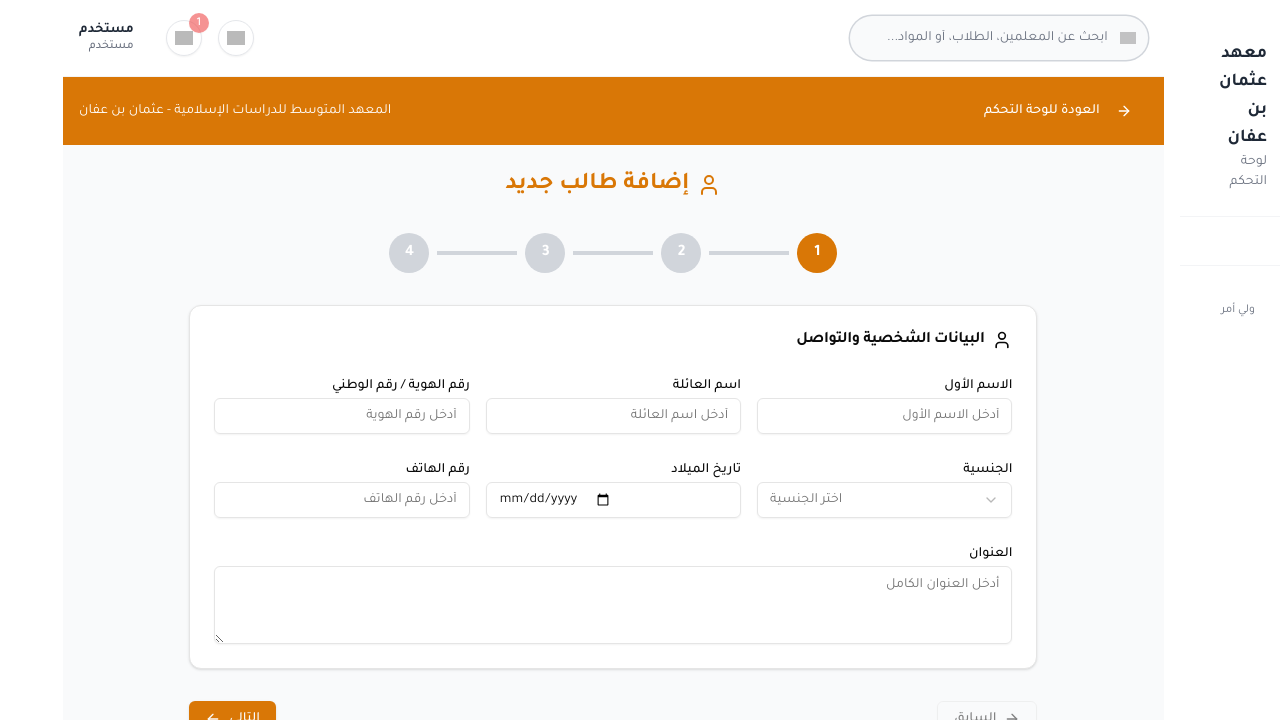
Repository: Samova03/iiis
Page: /admin/students/add
These files come from the project's save history. The page is drawn as it stood at one moment and after a run of saves; the edit follows.
The browser window is 1280 px wide. The pictures show the whole page.
Pictures or frames that could not be fetched are drawn as grey boxes. The page's requests for data from a server got no answer. An inner scrolling area shows only its first screen. The project was rebuilt for these pictures with package versions that can differ from the ones it lists, and the page was loaded fresh each time. Some packages were replaced by stand-ins written for this rebuild. The framework's server and built-in components were replaced by stand-ins that run in the browser. No one was signed in, and anything a server would have sent is missing. Also part of the build but not shown: next.config.mjs.

Above is the page before, as saved 2025-07-26 15:06:29.

After the next 2 saves:
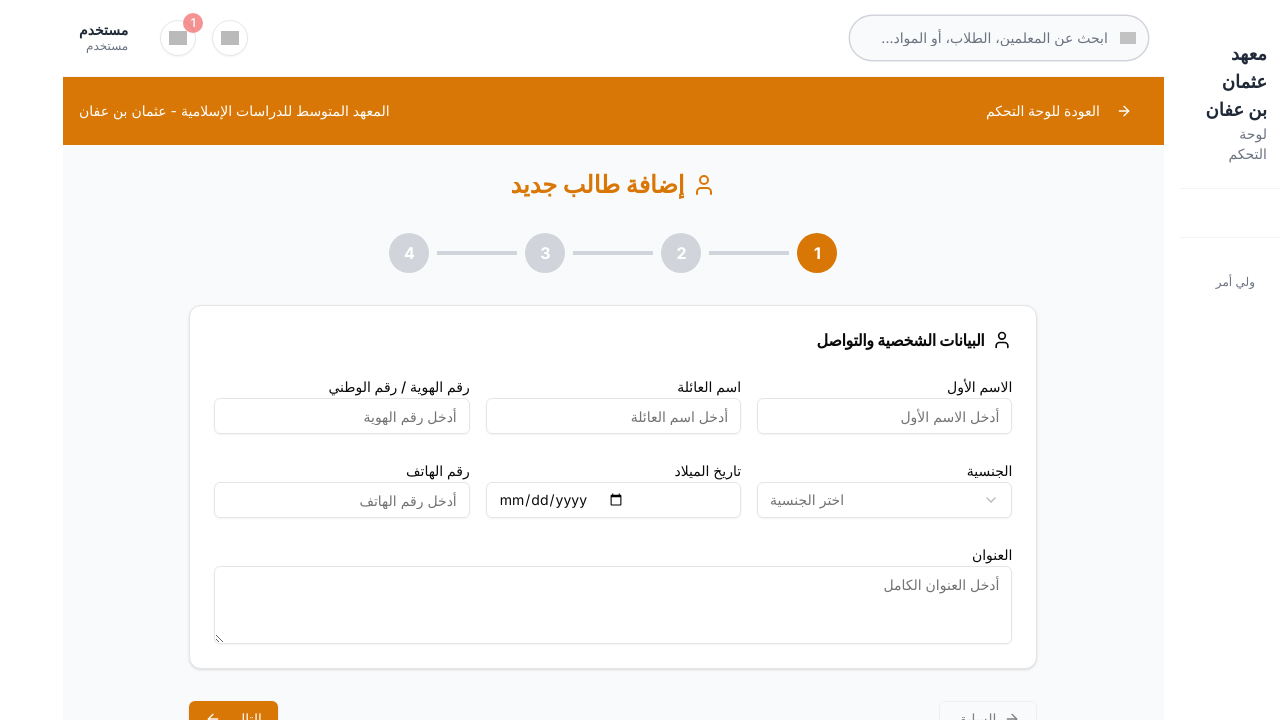
The 2 saves are shown as one change because 1 did not build or start.
The last was saved 70 s later.
--- a/src/app/layout.tsx
+++ b/src/app/layout.tsx
@@ -1,45 +1,74 @@
-import type React from "react"
-import type { Metadata } from "next"
-import { Cairo, Tajawal, Almarai } from "next/font/google"
-import "./globals.css"
+// import type React from "react"
+// import type { Metadata } from "next"
+// import { Cairo, Tajawal, Almarai } from "next/font/google"
+// import "./globals.css"
 
-// تحميل الخطوط العربية
-const cairo = Cairo({
-  subsets: ["arabic", "latin"],
-  weight: ["200", "300", "400", "500", "600", "700", "800", "900"],
-  variable: "--font-cairo",
-  display: "swap",
-})
+// // تحميل الخطوط العربية
+// const cairo = Cairo({
+//   subsets: ["arabic", "latin"],
+//   weight: ["200", "300", "400", "500", "600", "700", "800", "900"],
+//   variable: "--font-cairo",
+//   display: "swap",
+// })
 
-const tajawal = Tajawal({
-  subsets: ["arabic", "latin"],
-  weight: ["200", "300", "400", "500", "700", "800", "900"],
-  variable: "--font-tajawal",
-  display: "swap",
-})
+// const tajawal = Tajawal({
+//   subsets: ["arabic", "latin"],
+//   weight: ["200", "300", "400", "500", "700", "800", "900"],
+//   variable: "--font-tajawal",
+//   display: "swap",
+// })
 
-const almarai = Almarai({
-  subsets: ["arabic"],
-  weight: ["300", "400", "700", "800"],
-  variable: "--font-almarai",
-  display: "swap",
-})
+// const almarai = Almarai({
+//   subsets: ["arabic"],
+//   weight: ["300", "400", "700", "800"],
+//   variable: "--font-almarai",
+//   display: "swap",
+// })
+
+// export const metadata: Metadata = {
+//   title: "نظام إدارة الطلاب",
+//   description: "المعهد المتوسط للدراسات الإسلامية",
+// }
+
+// export default function RootLayout({
+//   children,
+// }: {
+//   children: React.ReactNode
+// }) {
+//   return (
+//     <html lang="ar" dir="rtl">
+//       <body className={`${cairo.variable} ${tajawal.variable} ${almarai.variable} font-cairo antialiased`}>
+//         {children}
+//       </body>
+//     </html>
+//   )
+// }
+import type { Metadata } from "next";
+import { Inter } from "next/font/google";
+import "./globals.css";
+import { ClerkProvider } from "@clerk/nextjs";
+import { ToastContainer } from "react-toastify";
+import "react-toastify/dist/ReactToastify.css";
+
+const inter = Inter({ subsets: ["latin"] });
 
 export const metadata: Metadata = {
-  title: "نظام إدارة الطلاب",
-  description: "المعهد المتوسط للدراسات الإسلامية",
-}
+  title: "Lama Dev School Management Dashboard",
+  description: "Next.js School Management System",
+};
 
 export default function RootLayout({
   children,
-}: {
-  children: React.ReactNode
-}) {
+}: Readonly<{
+  children: React.ReactNode;
+}>) {
   return (
-    <html lang="ar" dir="rtl">
-      <body className={`${cairo.variable} ${tajawal.variable} ${almarai.variable} font-cairo antialiased`}>
-        {children}
-      </body>
-    </html>
-  )
+    <ClerkProvider>
+      <html lang="ar" dir="rtl">
+        <body className={inter.className}>
+          {children} <ToastContainer position="bottom-right" theme="dark" />
+        </body>
+      </html>
+    </ClerkProvider>
+  );
 }
